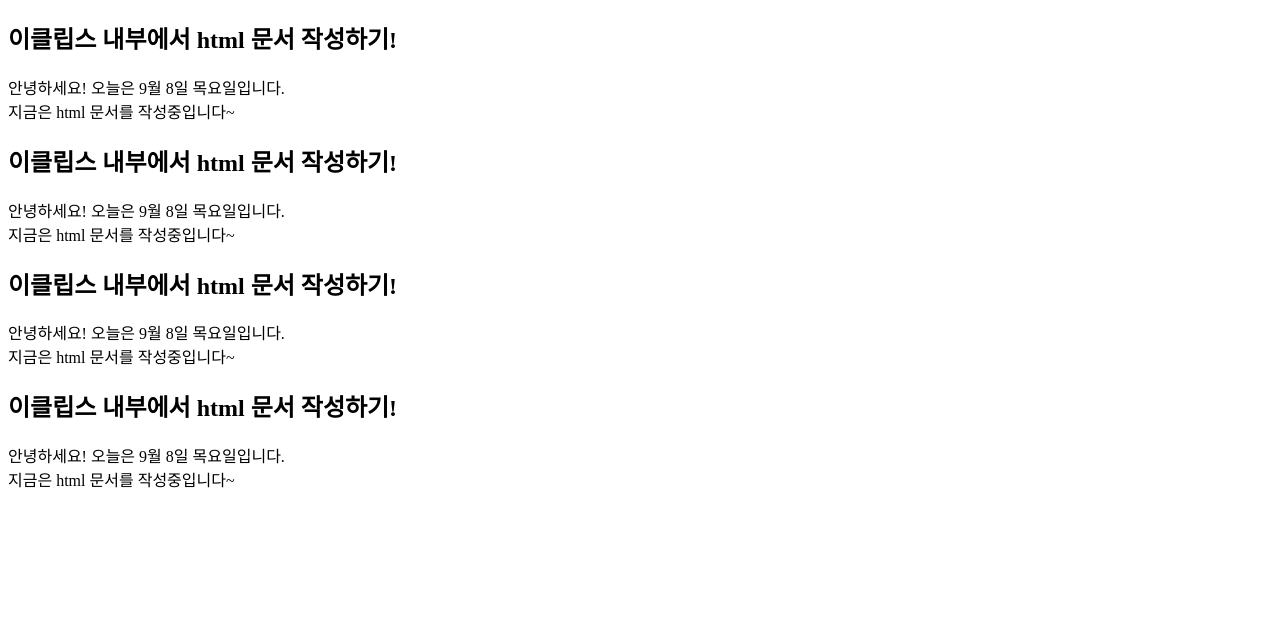
Repository: samkkkkkkk/Jsp_basic
Page: http://localhost/JspBasic/hello.jsp
An editor plug-in stored every save of this project. The page is shown before and after the next save, followed by the edit.
The browser window is 1280 px wide. The pictures show the whole page.
The page is served by Tomcat 9.

Above is the page before, as saved 2023-09-08 07:55:19.

After the next save:
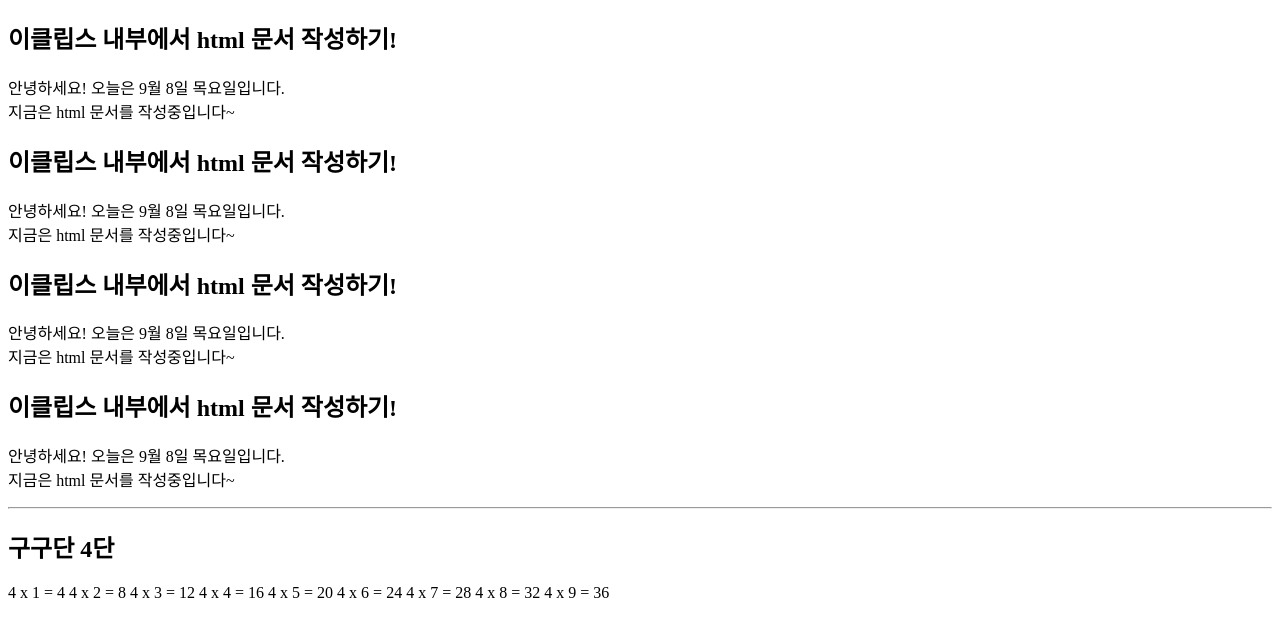
Saved 6 min 18 s later.
--- a/JspBasic/src/main/webapp/hello.jsp
+++ b/JspBasic/src/main/webapp/hello.jsp
@@ -15,5 +15,12 @@
 			지금은 html 문서를 작성중입니다~
 		</p>
 	<% } %>
+
+	<hr>
+
+	<h2>구구단 4단</h2>
+	<% for(int hang = 1; hang<=9; hang++) {%>
+		4 x <%= hang %> = <%=4*hang %>
+	<% } %>
 </body>
 </html>
